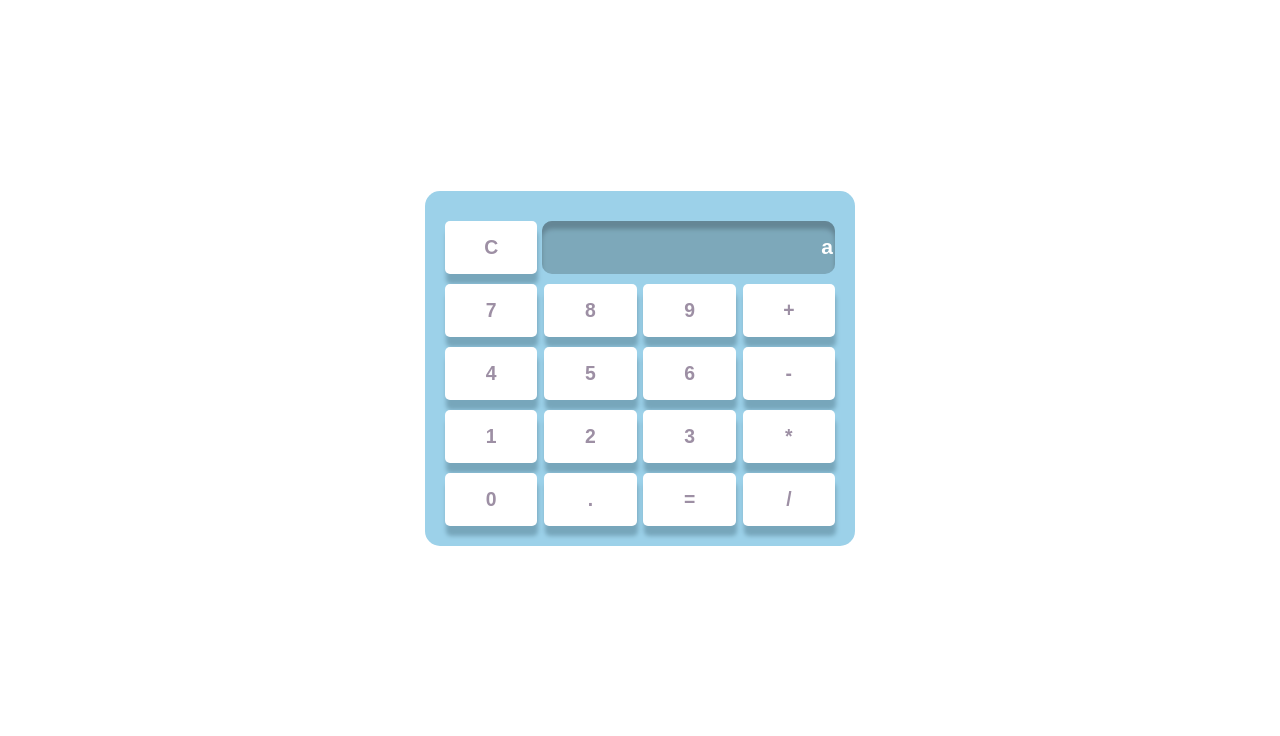
Repository: sem1103/calculator
Page: index.html
The author's editor kept a copy of each file at every save. The page is drawn from the files as they stood at one save, then again after the next save.
The browser window is 1280 px wide. The pictures show the whole page.
Empty fields were first filled with sample values (such as "Sample", 5 or name@example.com).
After loading, the first visible `#display` was changed once.

Above is the page before, as saved 2023-11-02 09:10:18.

After the next save:
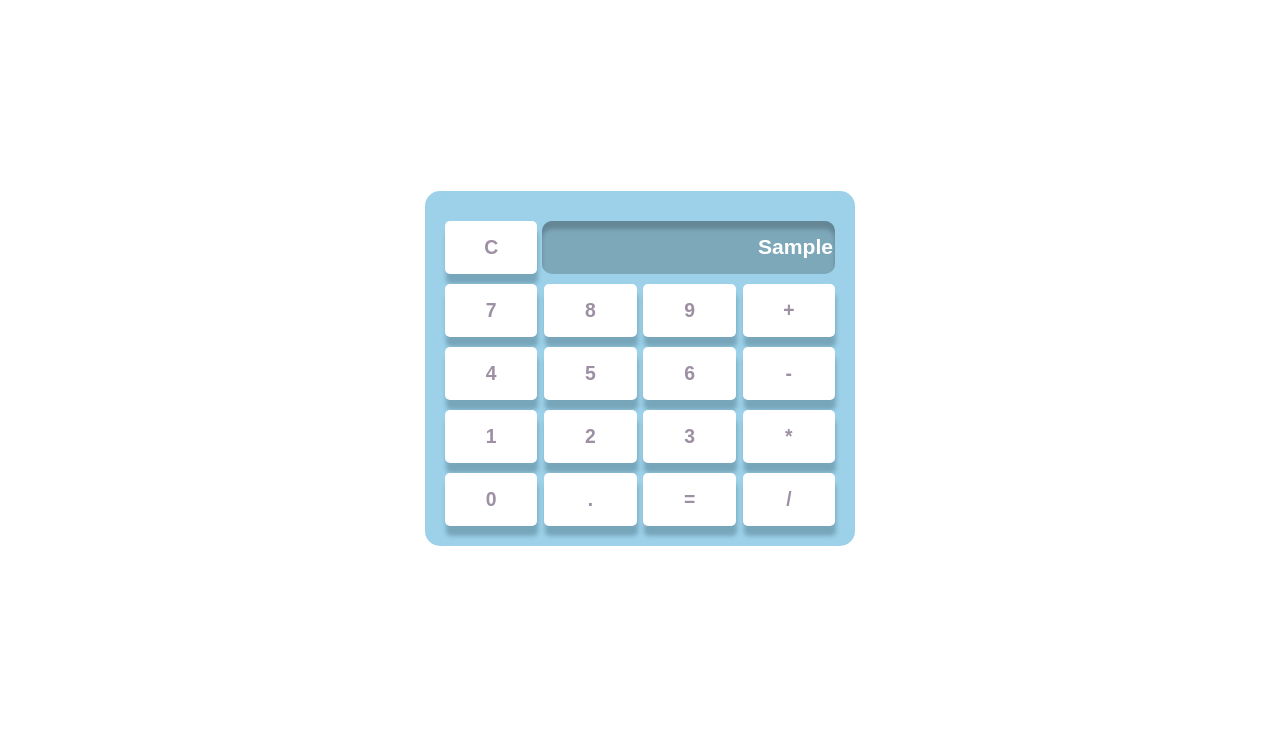
Saved 16 s later.
--- a/index.html
+++ b/index.html
@@ -168,7 +168,7 @@
             number = number.value
             if(number[0]== 0 && number[1] == 0) {
                 calcDisplay.value = number[0];
-            } else calcDisplay.value =  number[1];
+            } else calcDisplay.value =  number;
         }
 
 
